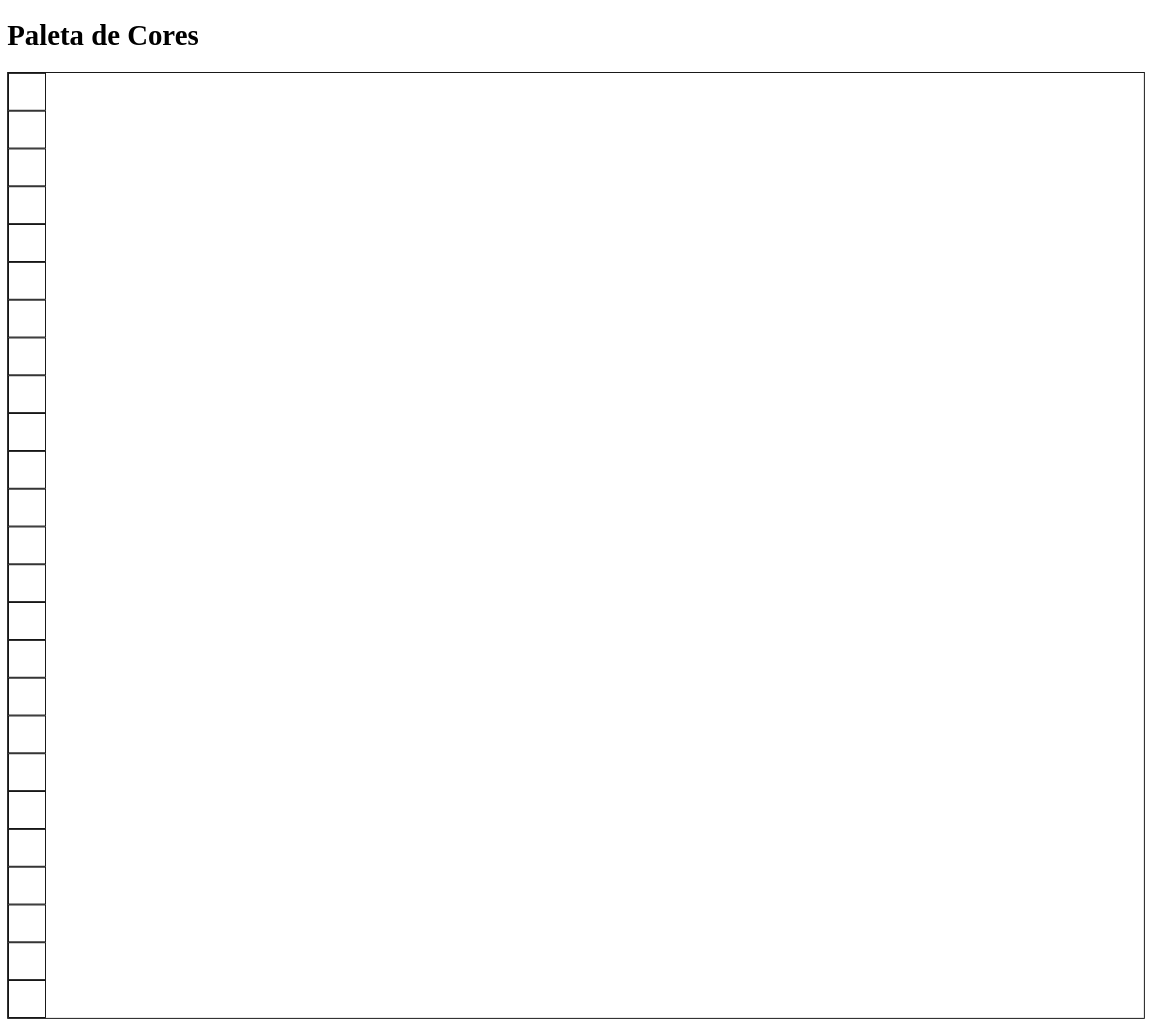
Repository: MuriloColleti/project-Pixer-Art
Page: index.html
The author's editor kept a copy of each file at every save. The page is drawn from the files as they stood at one save, then again after the next save.
The browser window is 1280 px wide. The pictures show the whole page, at 90% of full size.

Above is the page before, as saved 2024-02-05 15:51:40.

### index.html
<!DOCTYPE html>
<html lang="en">
<head>
    <meta charset="UTF-8">
    <meta name="viewport" content="width=device-width, initial-scale=1.0">
    <link rel="stylesheet" href="style.css">
    <title>Paleta de Cores</title>
</head>

<body>
    <header> <h1 id="title"> Paleta de Cores </h1> </header>

    <main id="pixel-board"></main>

</body>

<script src="script.js"></script>

</html>

### style.css
.black{
    background-color: black;
}

.blue{
    background-color: blue;
}

.yellow{
    background-color: red;
}

.green{
    background-color: green;
}

.pixel{
    width: 40px;
    height: 40px;
    border: 1px solid black;

}

#pixel-board{
    border: 1px solid black;


    position: relative;
}

### script.js
var pixeltable = document.getElementById('pixel-board');

//var newPixel = document.createElement("div")

//newPixel.classList.add("pixel")

//pixel.appendChild(newPixel);

for(index = 0; index < 25; index += 1){

    var newPixel = document.createElement('div')
    newPixel.classList.add('pixel')
    pixeltable.appendChild(newPixel);

}

After the next save:
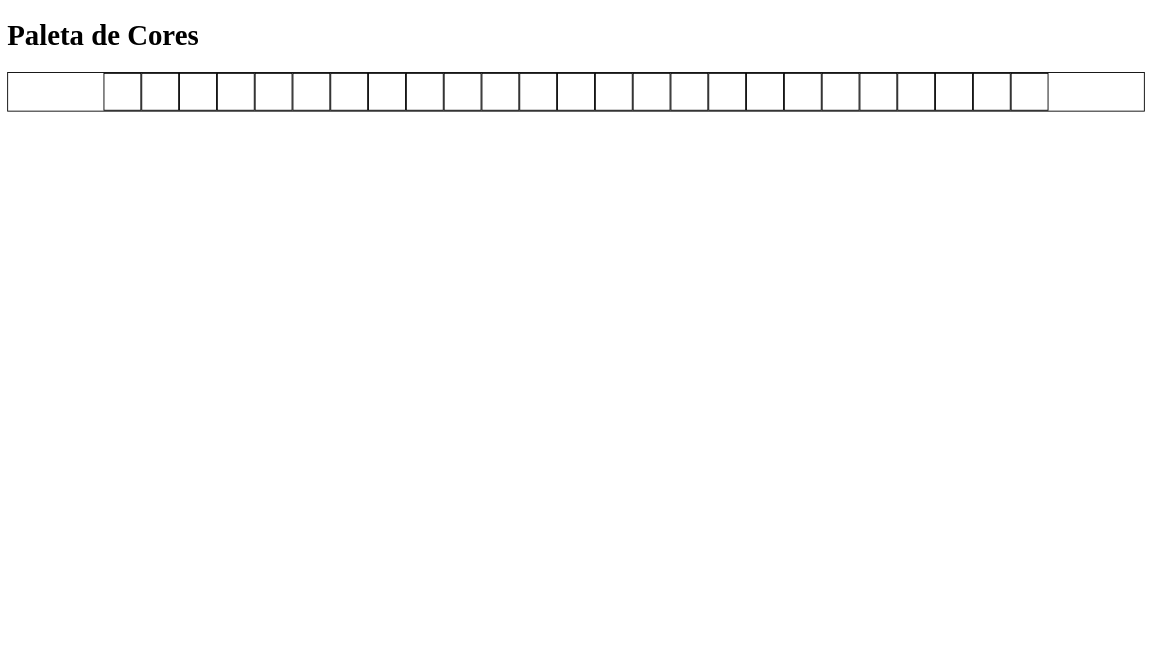
Saved 76 s later.
--- a/style.css
+++ b/style.css
@@ -23,6 +23,9 @@
 
 #pixel-board{
     border: 1px solid black;
+    display: flex;
+    align-items: center;
+    justify-content: center;
 
 
     position: relative;
